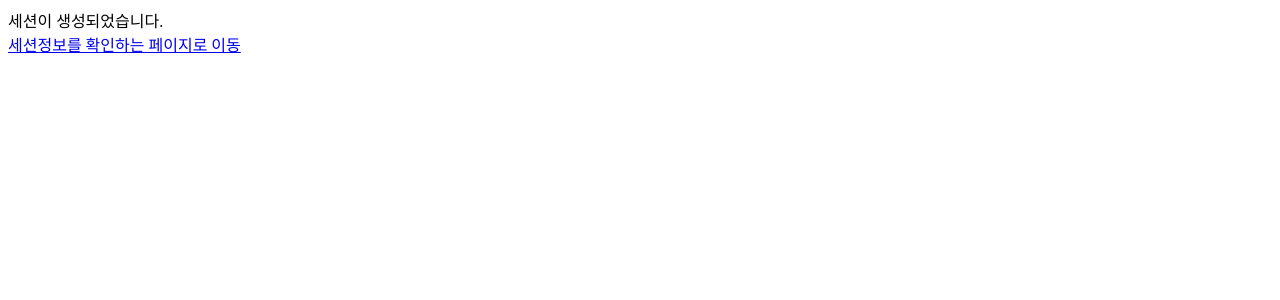
Repository: kimhaengun/Jsp
Page: http://localhost/shop/createSession2.jsp
The author's editor kept a copy of each file at every save. The page is drawn from the files as they stood at one save, then again after the next save.
The browser window is 1280 px wide. The pictures show the whole page.
The page is served by Tomcat 9.

Above is the page before, as saved 2020-12-22 06:58:18.

After the next save:
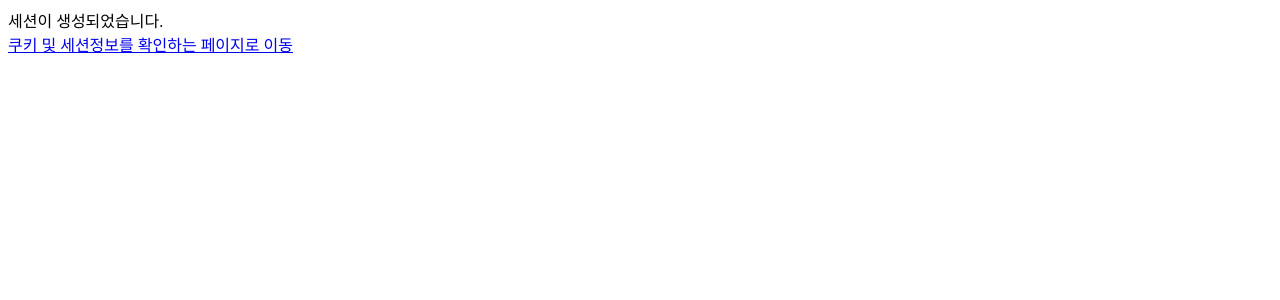
Saved 2 min 13 s later.
--- a/shop/WebContent/createSession2.jsp
+++ b/shop/WebContent/createSession2.jsp
@@ -16,6 +16,6 @@
 
 %>
 세션이 생성되었습니다. <br/>
-<a href="viewSessionInfo.jsp">세션정보를 확인하는 페이지로 이동</a>
+<a href="viewCookieSessionInfo.jsp">쿠키 및 세션정보를 확인하는 페이지로 이동</a>
 </body>
 </html>
